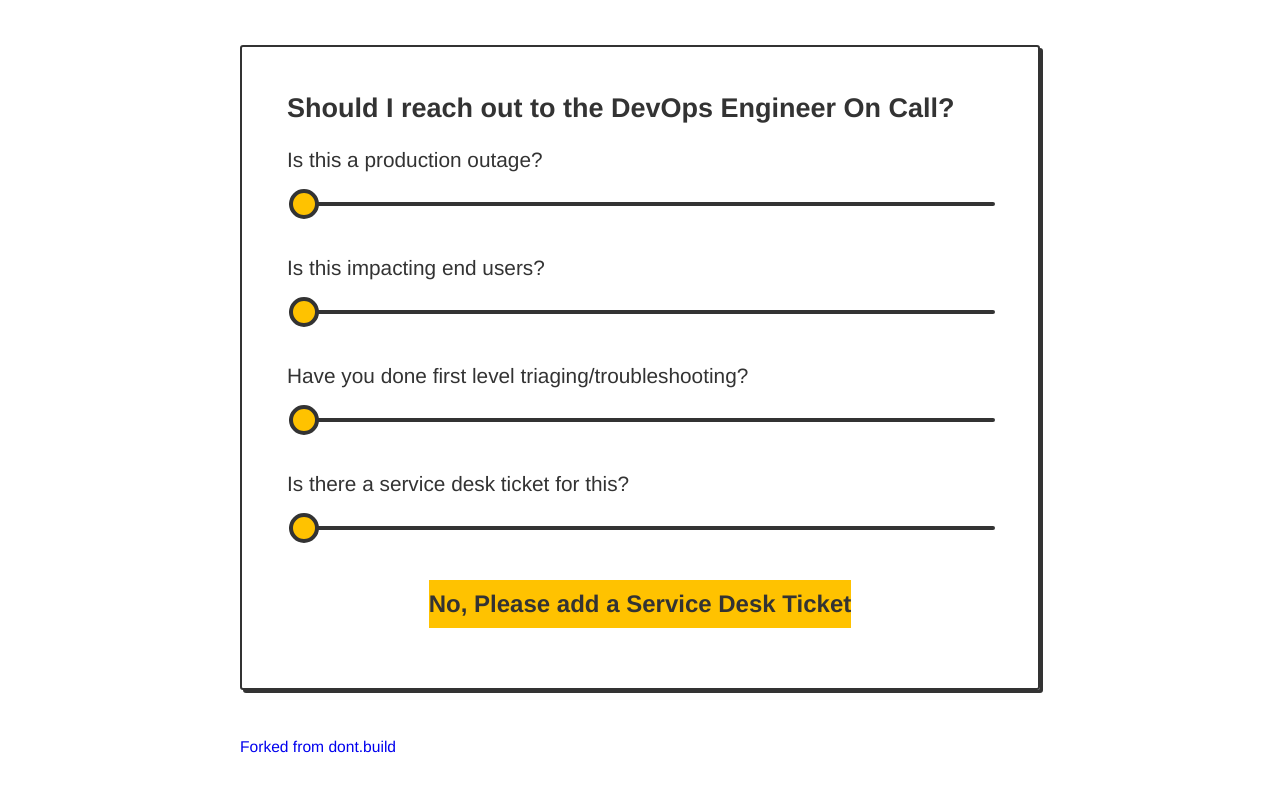
Repository: harishbsrinivas/dont.call
Page: index.html
An editor plug-in stored every save of this project. The page is shown before and after the next save, followed by the edit.
The browser window is 1280 px wide. The pictures show the whole page.

Above is the page before, as saved 2022-12-04 11:57:07.

### index.html
<!DOCTYPE html>
<html lang="en-US">

<head>
    <meta charset="utf-8" />
    <title>Should I reach out to the DevOps Engineer On Call?</title>
    <meta name="description"
        content="A simple, opinionated decision system to help decide whether to reach out to the Devops Engineer On Call?" />
    <link rel="shortcut icon" href="https://dont.build/favicon.png" />
    <meta property="og:image" content="https://dont.build/thumb.png">
    <meta name="viewport" content="width=device-width, initial-scale=1" />
    <link href="style.css?v=2" rel="stylesheet" type="text/css" />
</head>

<body>

    <div class="container">
        <section class="box">
            <h1 class="title">Should I reach out to the DevOps Engineer On Call?</h1>
            <br />
            <form class="form">
                <fieldset class="p-outage">
                    <span class="value"></span>
                    <label>Is this a production outage?</label>
                    <input type="range" min="1" max="2" step="1" value="1" />
                </fieldset>
                <fieldset class="p-impact">
                    <span class="value"></span>
                    <label>Is this impacting end users?</label>
                    <input type="range" min="1" max="3" step="1" value="1" />
                </fieldset>
                <fieldset class="p-tshoot">
                    <span class="value"></span>
                    <label>Have you done first level triaging/troubleshooting?</label>
                    <input type="range" min="1" max="2" step="1" value="1" />
                </fieldset>
                <fieldset class="p-peers">
                    <span class="value"></span>
                    <label>Is there a service desk ticket for this?</label>
                    <input type="range" min="1" max="2" step="1" value="3" />
                </fieldset>
            </form>
            <h1 class="answer">
                <span><span class="bool"></span><span class="percent"></span></span>
            </h1>
        </section>

        <noscript>
            <h1>This page requires Javascript to function.</h1>
        </noscript>

        <footer><a href="https://github.com/knadh/dont.build">Forked from dont.build</a>
        </footer>
    </div>


    <script>
        (function () {
            const params = [
                { weight: 1, value: 1, negative: false, name: 'p-outage', },
                { weight: 2, value: 1, negative: false, name: 'p-impact', },
                { weight: 0.3, value: 1, negative: false, name: 'p-tshoot', },
                { weight: 0.6, value: 1, negative: false, name: 'p-peers', },
            ]

            params.forEach((p, n) => {
                let net = 0;
                const inp = document.querySelector(`.${p.name} input`);

                inp.value = p.value;
                inp.oninput = (e) => {
                    const val = parseFloat(e.target.value, 64);
                    document.querySelector(`.${p.name} .value`).innerText = val;
                    p.value = val;

                    // Sum all weighted params.
                    const sum = params.reduce((prev, pm) => {
                        let v = pm.value;
                        if (pm.negative) {
                            v = 10 - v;
                        }

                        return prev + (v / 10 * pm.weight);
                    }, 0);

                    // Display the results.
                    // document.querySelector(".answer .percent").innerText = `${(sum * 100).toFixed(0)}%`;

                    let b = 'Yes';
                    if (sum < 0.5 && sum > 0.46) {
                        b = `No, Please add a Service Desk Ticket`;
                    } else if (sum < 0.48) {
                        b = `No, Please add a Service Desk Ticket`;
                    } else if (sum > 0.5 && sum < 0.54) {
                        b = `Yes`;
                    } else if (sum === 0.5) {
                        b = 'Yes';
                    }
                    document.querySelector(".answer .bool").innerText = b;
                };

                inp.dispatchEvent(new Event('input'));
            });
        })();
    </script>

</body>

</html>

### style.css
:root {
    --primary: #ffc200;
    --secondary: #333;
}

* {
    box-sizing: border-box;
}

html, body {
    margin: 0;
}

body {
    font-family: 'Helvetica Neue', 'Segoe UI', Arial, sans-serif;
    font-size: 18px;
    line-height: 24px;
    color: var(--secondary);
    height: 100%;
    margin: 0;
    padding: 0;
}

h1, h2, h3 {
  line-height: 2rem;
}

a {
    text-decoration: none;
}

p {
  color: #666;
}

fieldset {
  padding: 0;
  margin: 0;
  border: 0;
}

input[type="range"] {
  -webkit-appearance: none;
  width: 100%;
  height: 4px;
  background: var(--secondary);
  border-radius: 3px;
}

input[type="range"]::-webkit-slider-thumb {
  -webkit-appearance: none;
  background: var(--primary);
  height: 30px;
  width: 30px;
  border-radius: 50%;
  cursor: pointer;
  border: 4px solid var(--secondary);
}

input[type="range"]::-moz-range-thumb {
  background: var(--primary);
  border-radius: 100%;
  height: 20px;
  width: 20px;
  cursor: pointer;
  border: 4px solid var(--secondary);
}

input[type=range]::-webkit-slider-runnable-track  {
  -webkit-appearance: none;
  box-shadow: none;
  border: none;
  background: transparent;
}


button {
    background: var(--primary);
    cursor: pointer;
    border-color: #000;
    padding: 10px 30px;
}
    button:hover {
        background: #aaa;
    }

.container {
    max-width: 800px;
    margin: 45px auto 30px auto;
}
.box {
    padding: 30px 45px;
    border: 1px solid #ddd;
    border-radius: 3px;
    border: 2px solid var(--secondary);
    box-shadow: 3px 3px 0px var(--secondary);
    margin-bottom: 45px;
}

.container .title {
  margin: 15px 0 0px 0;
}

.help {
  margin-top: 5px;
}

.form {
  clear: both;
}
.form fieldset {
  font-size: 1.3rem;
  margin-bottom: 45px;
}
  .form label {
    display: block;
    margin-bottom: 15px;
  }
  .form .value, .help {
    display: none;
    float: right;
    color: #aaa;
  }

.answer {
  text-align: center;
  margin: 30px 0;
  font-size: 1.5rem;
  line-height: 3rem;
}
  .answer span {
    display: inline-block;
    background: var(--primary);
  }

footer {
  margin: 30px auto;
  color: #999;
  font-size: 0.975rem;
}

@media (max-width: 800px) {
  .container {
    max-width: none;
    margin: 20px 30px 20px 20px;
    padding: 0;
  }
  .box {
    padding: 0;
    border: 0;
    box-shadow: none;
  }
  .help {
    float: none;
  }
  .form label {
    float: left;
    max-width: 90%;
  }
}


@media (max-width: 400px) {
  .form label {
    max-width: 70%;
  }
}

After the next save:
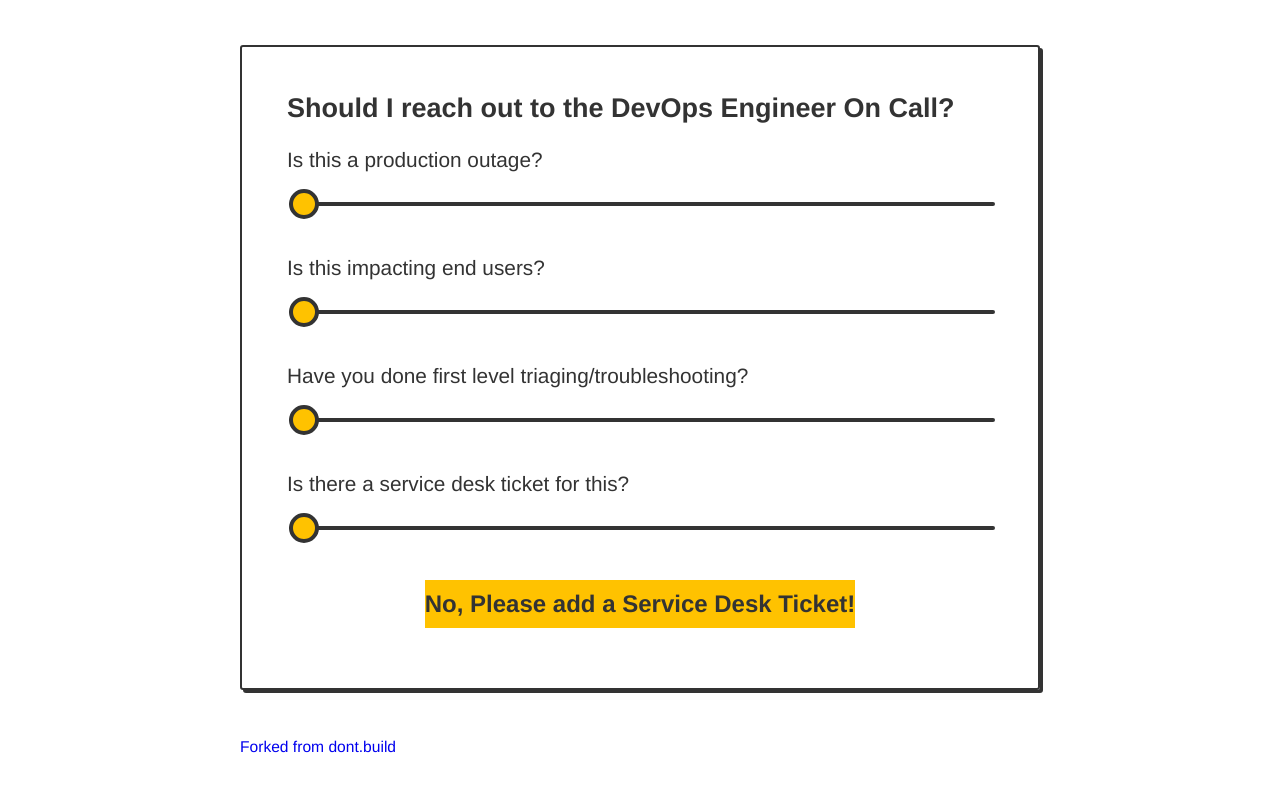
Saved 3 min 40 s later.
--- a/index.html
+++ b/index.html
@@ -88,9 +88,9 @@
 
                     let b = 'Yes';
                     if (sum < 0.5 && sum > 0.46) {
-                        b = `No, Please add a Service Desk Ticket`;
+                        b = `No, Please add a Service Desk Ticket!`;
                     } else if (sum < 0.48) {
-                        b = `No, Please add a Service Desk Ticket`;
+                        b = `No, Please add a Service Desk Ticket!`;
                     } else if (sum > 0.5 && sum < 0.54) {
                         b = `Yes`;
                     } else if (sum === 0.5) {
